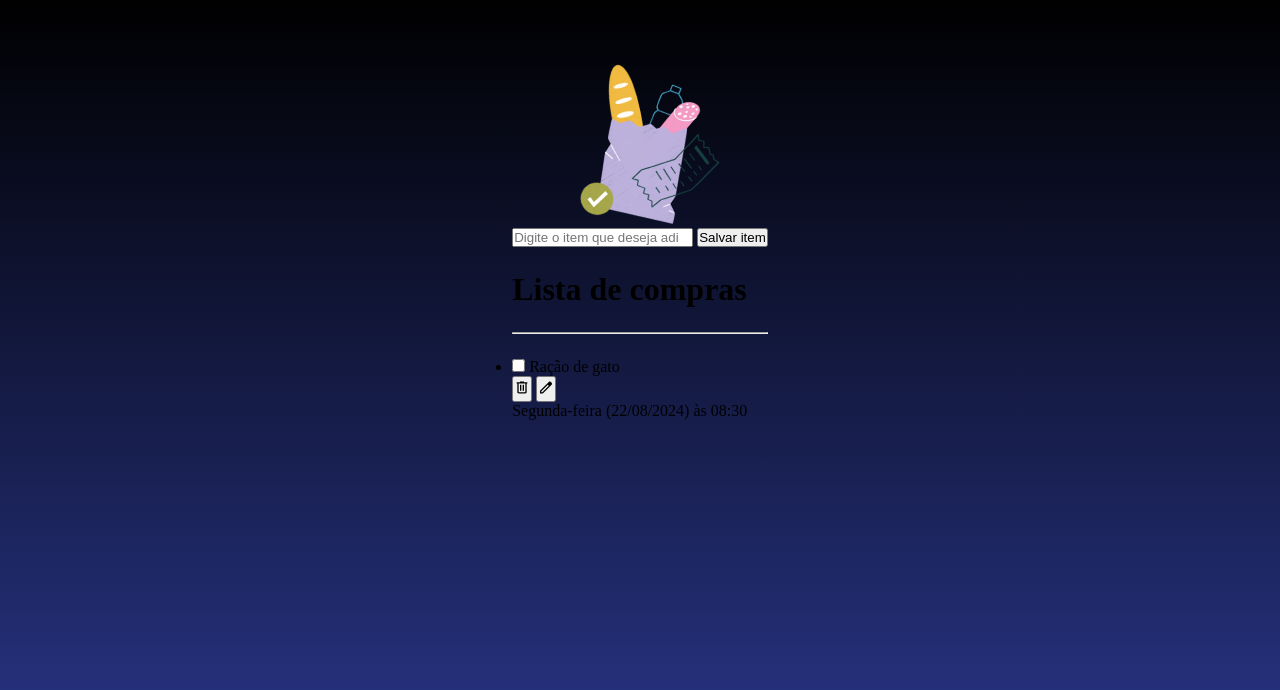
Repository: joaoPraiaJunior/compras_js
Page: index.html
An editor plug-in stored every save of this project. The page is shown before and after the next save, followed by the edit.
The browser window is 1280 px wide. The pictures show the whole page.
Some web fonts or font styles are not loaded; a fallback is used.

Above is the page before, as saved 2024-08-22 19:50:16.

After the next save:
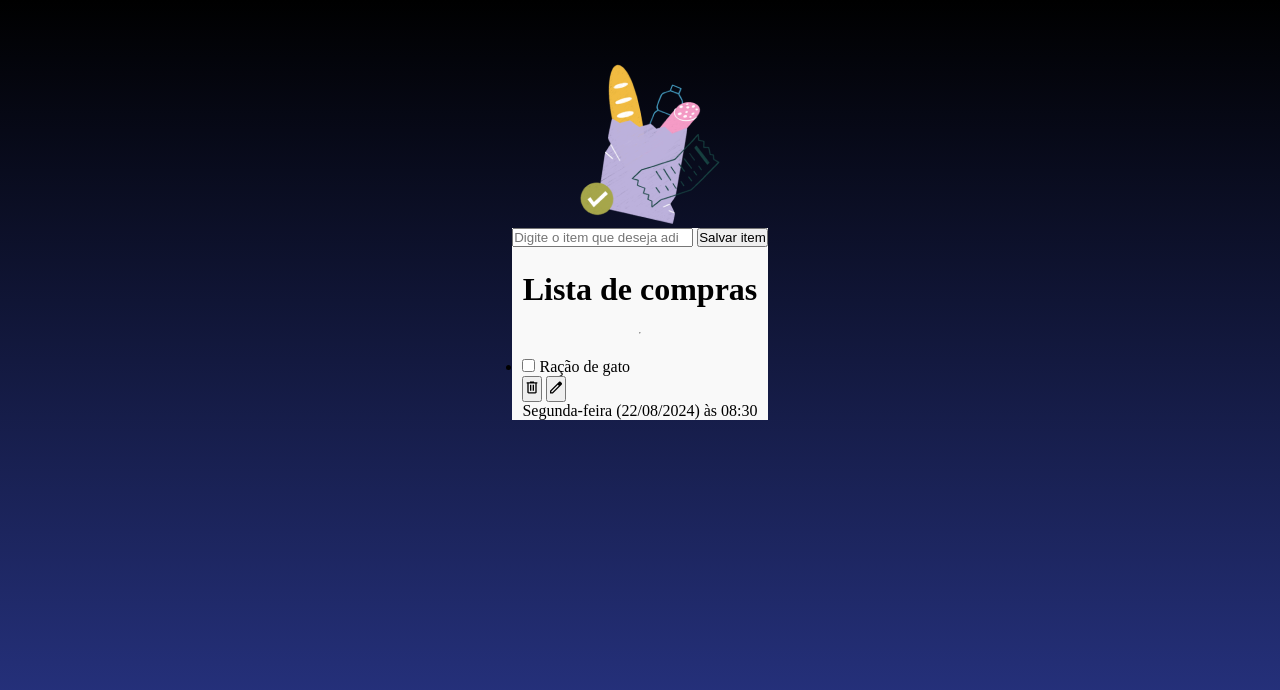
Saved 51 s later.
--- a/css/styles.css
+++ b/css/styles.css
@@ -35,5 +35,7 @@ header {
 main {
     display: flex;
     flex-direction: column;
+    align-items: center;
     gap: 2.4rem;
+    background-color: var(--neutro);
 }
